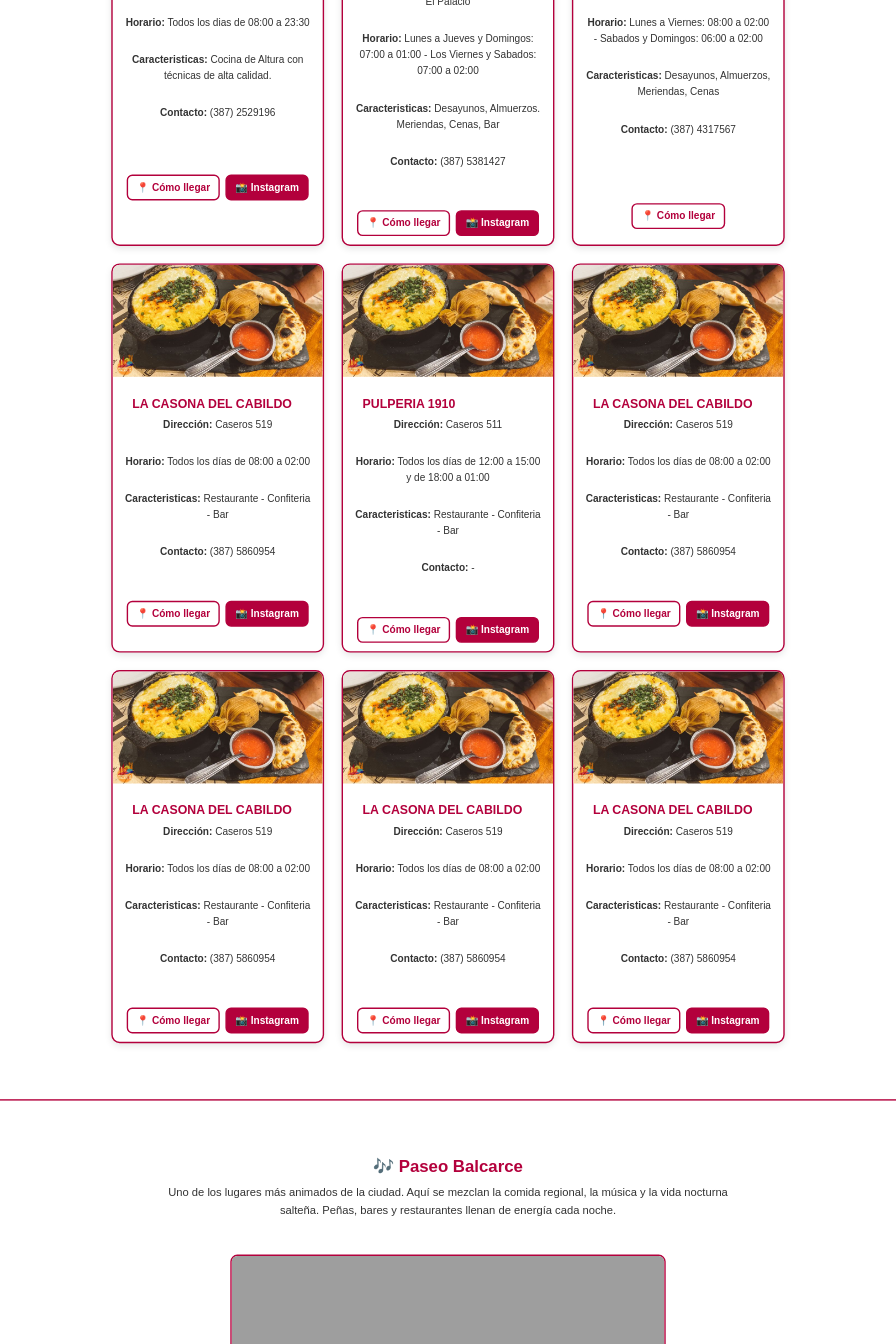
Repository: nahir95/come-en-salta
Page: restaurantes.html
These files come from the project's save history. The page is drawn as it stood at one moment and after the next save; the edit follows.
The browser window is 1280 px wide. The pictures show the part of the page from y = 1385 to 3305 px (the page is 6187 px tall before and 6195 px after), at 70% of full size.
Pictures or frames that could not be fetched are drawn as grey boxes.

Above is the page before, as saved 2025-11-12 02:33:20.

### restaurantes.html
<!doctype html>
<html lang="es">
<head>
  <meta charset="utf-8" />
  <meta name="viewport" content="width=device-width, initial-scale=1" />
  <title>Restaurantes - Comé en Salta</title>
  <link rel="stylesheet" href="style.css">
</head>

<body>
  <header>
    <h1>Comé en Salta</h1>
    <nav>
      <a href="index.html">Inicio</a>
      <a href="restaurantes.html">Restaurantes</a>
      <a href="penas.html">Peñas</a>
      <a href="#contacto">Contacto</a>
    </nav>
  </header>

  <main class="restaurantes">
    <section class="intro">
      <h2>Los mejores lugares para disfrutar en Salta</h2>
      <p>Explorá los sabores salteños en cada rincón de la ciudad. Desde el corazón histórico hasta los paseos más modernos, la gastronomía local te invita a vivir experiencias únicas.</p>
    </section>

    <!-- PLAZA 9 DE JULIO -->
<section id="plaza9" class="zona">
  <h2>🍽️ Plaza 9 de Julio</h2>
  <p>El corazón histórico de Salta ofrece restaurantes con encanto colonial, ideales para disfrutar de la gastronomía local frente a la plaza principal.</p>

  <div class="zona-grid">

    <!-- Restaurante 1 -->
    <article class="card restaurante">
      <img src="imagenes/cafe-catedral.jpeg" alt="El Solar del Convento">
      <div class="card-content">
        <h3>CAFE CATEDRAL</h3>
        <p><strong>Dirección:</strong> Bartolomé Mitre 95</p>
        <p><strong>Horarios:</strong> Lunes a Viernes: 7:00 a 22:00 - Sabado: 7:00 a 14:00</p>
        <p><strong>Caracteristicas:</strong> Desayunos, Almuerzos, Meriendas</p>
        <p><strong>Contacto:</strong> (387) 4317756 - (387) 5323658</p>
        <div class="btns-resto">
          <a href="https://maps.app.goo.gl/VMKrjFsvunXBDcr2A" target="_blank" class="btn">📍 Cómo llegar</a>
          <a href="https://www.instagram.com/cafecatedral_?igsh=MnE1amYwa3dqeDF6" target="_blank" class="btn btn-secundario">📸 Instagram</a>
        </div>
      </div>
    </article>

    <!-- Restaurante 2 -->
    <article class="card restaurante">
      <img src="https://images.unsplash.com/photo-1565299624946-b28f40a0ae38?w=800" alt="Fritito">
      <div class="card-content">
        <h3>FRITITO</h3>
        <p><strong>Dirección:</strong> Bartolome Mitre 85</p>
        <p><strong>Horario:</strong> Todos los días de 10:00 a 23:00</p>
        <p><strong>Caracteristicas:</strong> Comidas Rapidas - Fries & Burger</p>
        <p><strong>Contacto:</strong> (387) 5742741</p> <br> <br>
        <div class="btns-resto">
          <a href="https://maps.app.goo.gl/fA5zTu5r4aBTFWrC6?g_st=aw" target="_blank" class="btn">📍 Cómo llegar</a>
          <a href="https://www.instagram.com/fritito.salta?igsh=MXFieXNvZHdlZHZzZg==" target="_blank" class="btn btn-secundario">📸 Instagram</a>
        </div>
      </div>
    </article>

    <!-- Restaurante 3 -->
     <article class="card restaurante">
      <img src="imagenes/carrusel-1.jpg" alt="El Wey">
      <div class="card-content">
        <h3>EL WEY</h3>
        <p><strong>Dirección:</strong> Bartolome Mitre 81</p>
        <p><strong>Horario:</strong> Todos los días de 12:00 a 16:00 y de 19:00 a 00:00</p>
        <p><strong>Caracteristicas:</strong> Comida Mexicana: Tacos</p>
        <p><strong>Contacto:</strong> (387) 5157868</p> <br>
        <div class="btns-resto">
          <a href="https://maps.app.goo.gl/HWUzTfTShyvQshCx5?g_st=aw" target="_blank" class="btn">📍 Cómo llegar</a>
          <a href="https://www.instagram.com/el_wey_tacos?igsh=Mzk2ZTZzdmM3N3g5" target="_blank" class="btn btn-secundario">📸 Instagram</a>
        </div>
      </div>
     </article>

     <!-- Restaurante 4 -->
      <article class="card restaurante">
        <img src="imagenes/cafe-catedral.jpeg" alt="Yako">
        <div class="card-content">
          <h3>YAKO MAAM</h3>
          <P><strong>Dirección:</strong> Bartolome Mitre 77</P>
          <p><strong>Horario:</strong> Todos los dias de 08:00 a 23:30</p>
          <p><strong>Caracteristicas:</strong> Cocina de Altura con técnicas de alta calidad.</p>
          <p><strong>Contacto:</strong> (387) 2529196</p> <br> <br>
           <div class="btns-resto">
          <a href="https://maps.app.goo.gl/gud9KhsUfRgktwaAA?g_st=aw" target="_blank" class="btn">📍 Cómo llegar</a>
          <a href="https://www.instagram.com/yako.maam?igsh=ZW82NnRrNmltaHpj" target="_blank" class="btn btn-secundario">📸 Instagram</a>
        </div>
        </div>
      </article>

       <!-- Restaurante 5 -->
     <article class="card restaurante">
      <img src="imagenes/carrusel-1.jpg" alt="Tuna Cocina">
      <div class="card-content">
        <h3>TUNA COCINA</h3>
        <p><strong>Dirección:</strong> Bartolome Mitre 37 - Galeria El Palacio</p>
        <p><strong>Horario:</strong> Lunes a Jueves y Domingos: 07:00 a 01:00 - Los Viernes y Sabados: 07:00 a 02:00</p>
        <p><strong>Caracteristicas:</strong> Desayunos, Almuerzos. Meriendas, Cenas, Bar</p>
        <p><strong>Contacto:</strong> (387) 5381427</p> <br>
        <div class="btns-resto">
          <a href="https://maps.app.goo.gl/PCjznmCm7fmgmqhf8?g_st=aw" target="_blank" class="btn">📍 Cómo llegar</a>
          <a href="https://www.instagram.com/tunacocina?igsh=bWRpaGdxN2wyMXRj" target="_blank" class="btn btn-secundario">📸 Instagram</a>
        </div>
      </div>
     </article>

      <!-- Restaurante 6 -->
     <article class="card restaurante">
      <img src="imagenes/carrusel-1.jpg" alt="New Time">
      <div class="card-content">
        <h3>NEW TIME</h3>
        <p><strong>Dirección:</strong> Caseros 602</p>
        <p><strong>Horario:</strong> Lunes a Viernes: 08:00 a 02:00 - Sabados y Domingos: 06:00 a 02:00</p>
        <p><strong>Caracteristicas:</strong> Desayunos, Almuerzos, Meriendas, Cenas</p>
        <p><strong>Contacto:</strong> (387) 4317567</p> <br> <br> <br>
        <div class="btns-resto">
          <a href="https://maps.app.goo.gl/SDz5q4yyxKZGqRi97?g_st=aw" target="_blank" class="btn">📍 Cómo llegar</a>
        </div>
      </div>
     </article>

      <!-- Restaurante 7 -->
     <article class="card restaurante">
      <img src="imagenes/carrusel-1.jpg" alt="La Casona del Cabildo">
      <div class="card-content">
        <h3>LA CASONA DEL CABILDO</h3>
        <p><strong>Dirección:</strong> Caseros 519</p>
        <p><strong>Horario:</strong> Todos los días de 08:00 a 02:00</p>
        <p><strong>Caracteristicas:</strong> Restaurante - Confiteria - Bar</p>
        <p><strong>Contacto:</strong> (387) 5860954</p> <br>
        <div class="btns-resto">
          <a href="https://maps.app.goo.gl/SqyFGXWdCELtACJa8?g_st=aw" target="_blank" class="btn">📍 Cómo llegar</a>
          <a href="https://www.instagram.com/lacasonadelcabildo?igsh=MThnNnZqaWN6cmZneg==" target="_blank" class="btn btn-secundario">📸 Instagram</a>
        </div>
      </div>
     </article>

      <!-- Restaurante 8 -->
     <article class="card restaurante">
      <img src="imagenes/carrusel-1.jpg" alt="Pulperia 1910">
      <div class="card-content">
        <h3>PULPERIA 1910</h3>
        <p><strong>Dirección:</strong> Caseros 511</p>
        <p><strong>Horario:</strong> Todos los días de 12:00 a 15:00 y de 18:00 a 01:00</p>
        <p><strong>Caracteristicas:</strong> Restaurante - Confiteria - Bar</p>
        <p><strong>Contacto:</strong> - </p> <br>
        <div class="btns-resto">
          <a href="https://maps.app.goo.gl/pwbjSTetp75Qohrx8?g_st=aw" target="_blank" class="btn">📍 Cómo llegar</a>
          <a href="https://www.instagram.com/pulperia.1910?igsh=dnhlMGJxeWgxdmh1" target="_blank" class="btn btn-secundario">📸 Instagram</a>
        </div>
      </div>
     </article>

      <!-- Restaurante 9 -->
     <article class="card restaurante">
      <img src="imagenes/carrusel-1.jpg" alt="La Casona del Cabildo">
      <div class="card-content">
        <h3>LA CASONA DEL CABILDO</h3>
        <p><strong>Dirección:</strong> Caseros 519</p>
        <p><strong>Horario:</strong> Todos los días de 08:00 a 02:00</p>
        <p><strong>Caracteristicas:</strong> Restaurante - Confiteria - Bar</p>
        <p><strong>Contacto:</strong> (387) 5860954</p> <br>
        <div class="btns-resto">
          <a href="https://maps.app.goo.gl/SqyFGXWdCELtACJa8?g_st=aw" target="_blank" class="btn">📍 Cómo llegar</a>
          <a href="https://www.instagram.com/lacasonadelcabildo?igsh=MThnNnZqaWN6cmZneg==" target="_blank" class="btn btn-secundario">📸 Instagram</a>
        </div>
      </div>
     </article>

      <!-- Restaurante 10 -->
     <article class="card restaurante">
      <img src="imagenes/carrusel-1.jpg" alt="La Casona del Cabildo">
      <div class="card-content">
        <h3>LA CASONA DEL CABILDO</h3>
        <p><strong>Dirección:</strong> Caseros 519</p>
        <p><strong>Horario:</strong> Todos los días de 08:00 a 02:00</p>
        <p><strong>Caracteristicas:</strong> Restaurante - Confiteria - Bar</p>
        <p><strong>Contacto:</strong> (387) 5860954</p> <br>
        <div class="btns-resto">
          <a href="https://maps.app.goo.gl/SqyFGXWdCELtACJa8?g_st=aw" target="_blank" class="btn">📍 Cómo llegar</a>
          <a href="https://www.instagram.com/lacasonadelcabildo?igsh=MThnNnZqaWN6cmZneg==" target="_blank" class="btn btn-secundario">📸 Instagram</a>
        </div>
      </div>
     </article>

      <!-- Restaurante 11 -->
     <article class="card restaurante">
      <img src="imagenes/carrusel-1.jpg" alt="La Casona del Cabildo">
      <div class="card-content">
        <h3>LA CASONA DEL CABILDO</h3>
        <p><strong>Dirección:</strong> Caseros 519</p>
        <p><strong>Horario:</strong> Todos los días de 08:00 a 02:00</p>
        <p><strong>Caracteristicas:</strong> Restaurante - Confiteria - Bar</p>
        <p><strong>Contacto:</strong> (387) 5860954</p> <br>
        <div class="btns-resto">
          <a href="https://maps.app.goo.gl/SqyFGXWdCELtACJa8?g_st=aw" target="_blank" class="btn">📍 Cómo llegar</a>
          <a href="https://www.instagram.com/lacasonadelcabildo?igsh=MThnNnZqaWN6cmZneg==" target="_blank" class="btn btn-secundario">📸 Instagram</a>
        </div>
      </div>
     </article>

      <!-- Restaurante 12 -->
     <article class="card restaurante">
      <img src="imagenes/carrusel-1.jpg" alt="La Casona del Cabildo">
      <div class="card-content">
        <h3>LA CASONA DEL CABILDO</h3>
        <p><strong>Dirección:</strong> Caseros 519</p>
        <p><strong>Horario:</strong> Todos los días de 08:00 a 02:00</p>
        <p><strong>Caracteristicas:</strong> Restaurante - Confiteria - Bar</p>
        <p><strong>Contacto:</strong> (387) 5860954</p> <br>
        <div class="btns-resto">
          <a href="https://maps.app.goo.gl/SqyFGXWdCELtACJa8?g_st=aw" target="_blank" class="btn">📍 Cómo llegar</a>
          <a href="https://www.instagram.com/lacasonadelcabildo?igsh=MThnNnZqaWN6cmZneg==" target="_blank" class="btn btn-secundario">📸 Instagram</a>
        </div>
      </div>
     </article>




  </div>
</section>


    <!-- PASEO BALCARCE -->
    <section id="balcarce" class="zona">
      <h2>🎶 Paseo Balcarce</h2>
      <p>Uno de los lugares más animados de la ciudad. Aquí se mezclan la comida regional, la música y la vida nocturna salteña. Peñas, bares y restaurantes llenan de energía cada noche.</p>

      <div class="zona-grid">
        <article class="card">
          <img src="https://images.unsplash.com/photo-1528605248644-14dd04022da1?w=800" alt="Paseo Balcarce Salta">
          <h3>La Vieja Estación</h3>
          <p>Tradicional peña y restaurante con show en vivo. Ideal para probar empanadas y locro.</p>
        </article>
        <article class="card">
          <img src="https://images.unsplash.com/photo-1600891964599-f61ba0e24092?w=800" alt="Restaurante moderno en Balcarce">
          <h3>La Monumental</h3>
          <p>Restaurante moderno con opciones gourmet y coctelería de autor.</p>
        </article>
      </div>
    </section>

    <!-- PASEO GÜEMES -->
    <section id="guemes" class="zona">
      <h2>🍷 Paseo Güemes</h2>
      <p>La zona joven y moderna de Salta. Ideal para quienes buscan cocina contemporánea, bares y terrazas con estilo. Un punto de encuentro entre turistas y locales.</p>

      <div class="zona-grid">
        <article class="card">
          <img src="https://images.unsplash.com/photo-1615719413546-198b25453f85?w=800" alt="Paseo Güemes">
          <h3>El Charrúa</h3>
          <p>Especialidad en carnes a la parrilla y vinos de altura. Un clásico salteño imperdible.</p>
        </article>
        <article class="card">
          <img src="https://images.unsplash.com/photo-1551218808-94e220e084d2?w=800" alt="Café moderno">
          <h3>Baco Resto Bar</h3>
          <p>Ambiente moderno y excelente coctelería, ideal para compartir entre amigos.</p>
        </article>
      </div>
    </section>

    <!-- CADENAS DE COMIDAS RÁPIDAS -->
    <section id="rapidas" class="zona">
      <h2>🍔 Cadenas de Comidas Rápidas</h2>
      <p>También hay opciones para quienes buscan algo rápido y conocido. Las principales cadenas se encuentran cerca del centro y los shoppings.</p>

      <ul class="lista-rapidas">
        <li>McDonald’s – Shopping Alto NOA</li>
        <li>Burger King – Caseros 500</li>
        <li>Mostaza – Paseo Güemes</li>
        <li>Subway – Balcarce 50</li>
      </ul>
    </section>

    <!-- EXTRA: RESTAURANTES DESTACADOS -->
    <section id="destacados" class="zona">
      <h2>⭐ Recomendados por los turistas</h2>
      <p>Según visitantes y locales, estos son algunos de los restaurantes imperdibles para vivir la experiencia completa de la gastronomía salteña.</p>
      <div class="zona-grid">
        <article class="card">
          <img src="https://images.unsplash.com/photo-1504674900247-0877df9cc836?w=800" alt="Empanadas salteñas">
          <h3>Doña Salta</h3>
          <p>Empanadas caseras, locro y guisos típicos en un ambiente colonial.</p>
        </article>
        <article class="card">
          <img src="https://images.unsplash.com/photo-1601924582971-c8b28a3a13f1?w=800" alt="Locro salteño">
          <h3>El Patio de la Empanada</h3>
          <p>Conocido por su sabor auténtico y precios populares. Ideal para turistas.</p>
        </article>
      </div>
    </section>
  </main>

  <footer>
    Creado con ❤️ por Comé en Salta · 2025
  </footer>
</body>
</html>

### style.css
/* ==========================
   ESTILOS GENERALES
========================== */
body {
  margin: 0;
  font-family: 'Poppins', sans-serif;
  background-color: #fff;
  color: #000;
}

/* ==========================
   HEADER
========================== */
header {
  display: flex;
  justify-content: space-between;
  align-items: center;
  background-color: #fff;
  padding: 15px 30px;
  border-bottom: 3px solid #b3003c;
}

header h1 {
  color: #b3003c;
  font-size: 1.6rem;
}

nav {
  display: flex;
  gap: 25px;
}

nav a {
  text-decoration: none;
  color: #000;
  font-weight: 600;
  transition: color 0.3s ease;
}

nav a:hover {
  color: #b3003c;
}

/* ==========================
   CARRUSEL (HERO)
========================== */
.hero {
  position: relative;
  width: 100%;
  overflow: hidden;
}

.carousel-container {
  position: relative;
  width: 100%;
  height: 80vh;
}

.carousel {
  display: flex;
  width: 300%;
  transition: transform 0.8s ease-in-out;
}

.carousel img {
  width: 100%;
  height: 80vh;
  object-fit: cover;
  filter: brightness(0.7);
}

/* Botones del carrusel */
.btn-carrusel {
  position: absolute;
  top: 50%;
  transform: translateY(-50%);
  background-color: rgba(179, 0, 60, 0.8);
  color: white;
  border: none;
  font-size: 2rem;
  padding: 10px 15px;
  cursor: pointer;
  border-radius: 50%;
  transition: background 0.3s ease;
}

.btn-carrusel:hover {
  background-color: #b3003c;
}

#prev { left: 20px; }
#next { right: 20px; }

/* Texto sobre el carrusel */
.overlay {
  position: absolute;
  top: 50%;
  left: 50%;
  transform: translate(-50%, -50%);
  color: white;
  text-align: center;
  text-shadow: 0 2px 5px rgba(0,0,0,0.7);
}

.overlay h2 {
  font-size: 2rem;
  color: #fff;
  margin-bottom: 10px;
}

.overlay p {
  font-size: 1.2rem;
}

/* ==========================
   SECCIÓN INICIO
========================== */
.inicio {
  text-align: center;
  padding: 80px 20px;
  background-color: #fff;
}

.inicio h2 {
  color: #b3003c;
  font-size: 2rem;
  margin-bottom: 15px;
}

.inicio p {
  max-width: 800px;
  margin: 0 auto 30px auto;
  color: #333;
  line-height: 1.6;
}

/* BOTONES PRINCIPALES */
.inicio-buttons .btn {
  display: inline-block;
  margin: 10px;
  padding: 12px 24px;
  border: 2px solid #b3003c;
  border-radius: 8px;
  color: #b3003c;
  background: transparent;
  text-decoration: none;
  font-weight: 600;
  transition: all 0.3s ease;
}

.inicio-buttons .btn:hover {
  background: #b3003c;
  color: white;
}
/* ==========================
   SECCIÓN "POR QUÉ COMER EN SALTA"
========================== */
.porque {
  text-align: center;
  padding: 60px 20px;
  background-color: #f7f7f7;
  border-top: 2px solid #b3003c;
  border-bottom: 2px solid #b3003c;
}

.porque h2 {
  color: #b3003c;
  margin-bottom: 15px;
}

.porque p {
  max-width: 800px;
  margin: auto;
  font-size: 1.1rem;
  color: #333;
  line-height: 1.6;
}

/* ==========================
   SABORES
========================== */
.sabores {
  padding: 60px 20px;
  background-color: #fff;
  text-align: center;
}

.sabores h2 {
  color: #b3003c;
  margin-bottom: 25px;
}

.sabores-grid {
  display: grid;
  grid-template-columns: repeat(auto-fit, minmax(220px, 1fr));
  gap: 25px;
}

.plato {
  background: #fff;
  border-radius: 12px;
  border: 2px solid #b3003c;
  overflow: hidden;
  transition: transform 0.3s ease, box-shadow 0.3s ease;
}

.plato:hover {
  transform: scale(1.05);
  box-shadow: 0 4px 12px rgba(0,0,0,0.15);
}

.plato img {
  width: 100%;
  height: 160px;
  object-fit: cover;
}

.plato h3 {
  padding: 12px;
  color: #b3003c;
}

/* ==========================
   FRASE FINAL
========================== */
.frase {
  background: #b3003c;
  color: white;
  text-align: center;
  padding: 40px 10px;
  font-style: italic;
  font-size: 1.2rem;
}

/* ==========================
   FOOTER
========================== */
footer {
  background-color: #fff;
  color: #333;
  text-align: center;
  padding: 20px;
  border-top: 3px solid #b3003c;
  font-weight: 500;
}
.carousel-container {
  position: relative;
  overflow: hidden;
  width: 100%;
  height: 400px;
}

.carousel {
  display: flex;
  transition: transform 1s ease;
  width: 100%;
  height: 100%;
}

.carousel img {
  flex: 0 0 100%;
  width: 100%;
  height: 100%;
  object-fit: cover;
}
/* ==========================
   RESTAURANTES
========================== */
.restaurantes .intro {
  text-align: center;
  padding: 60px 20px;
}

.restaurantes .intro h2 {
  color: #b3003c;
  margin-bottom: 10px;
}

.restaurantes .zona {
  padding: 60px 20px;
  border-top: 2px solid #b3003c;
  background-color: #fff;
}

.restaurantes .zona h2 {
  color: #b3003c;
  margin-bottom: 10px;
  text-align: center;
}

.restaurantes .zona p {
  text-align: center;
  max-width: 800px;
  margin: 0 auto 30px auto;
  line-height: 1.6;
  color: #333;
}

.zona-grid {
  display: grid;
  grid-template-columns: repeat(auto-fit, minmax(250px, 1fr));
  gap: 25px;
}

.card {
  background: #fff;
  border: 2px solid #b3003c;
  border-radius: 10px;
  overflow: hidden;
  transition: transform 0.3s ease, box-shadow 0.3s ease;
}

.card:hover {
  transform: scale(1.05);
  box-shadow: 0 4px 12px rgba(0,0,0,0.15);
}

.card img {
  width: 100%;
  height: 180px;
  object-fit: cover;
}

.card h3 {
  margin: 12px;
  color: #b3003c;
}

.card p {
  margin: 0 12px 15px 12px;
  color: #333;
}

.lista-rapidas {
  max-width: 600px;
  margin: 0 auto;
  list-style: none;
  padding: 0;
  text-align: center;
}

.lista-rapidas li {
  background: #f8f8f8;
  border: 1px solid #b3003c;
  padding: 10px;
  border-radius: 6px;
  margin-bottom: 8px;
  color: #333;
  transition: background 0.3s;
}

.lista-rapidas li:hover {
  background: #b3003c;
  color: white;
}
/* === Contenedor general de las tarjetas === */
.zona-grid {
  display: flex;
  flex-wrap: wrap;
  justify-content: center; /* 🔹 centra todas las tarjetas */
  gap: 25px; /* espacio entre tarjetas */
  max-width: 1000px; /* 🔹 limita el ancho total del grid */
  margin: 0 auto; /* centra el bloque en la página */
  padding: 20px;
}

/* === Tarjetas de restaurantes === */
.restaurante {
  background: #fff;
  border: 2px solid #b3003c;
  border-radius: 12px;
  overflow: hidden;
  flex: 1 1 calc(33.333% - 40px); /* 🔹 3 por fila con espacio */
  max-width: 300px; /* evita que crezcan demasiado */
  box-shadow: 0 4px 10px rgba(0,0,0,0.1);
  transition: transform 0.3s ease, box-shadow 0.3s ease;
}

.restaurante:hover {
  transform: translateY(-5px);
  box-shadow: 0 6px 16px rgba(0,0,0,0.15);
}

.restaurante img {
  width: 100%;
  height: 160px;
  object-fit: cover;
}

.restaurante .card-content {
  padding: 12px 16px;
}

.restaurante h3 {
  color: #b3003c;
  font-size: 1.1rem;
  margin-bottom: 8px;
}

.restaurante p {
  color: #333;
  margin: 4px 0;
  font-size: 0.9rem;
}

/* === Botones === */
.btns-resto {
  display: flex;
  justify-content: center;
  gap: 8px;
  margin-top: 10px;
  flex-wrap: wrap;
}

.btns-resto .btn {
  display: inline-block;
  text-align: center;
  padding: 8px 12px;
  border: 2px solid #b3003c;
  border-radius: 8px;
  text-decoration: none;
  color: #b3003c;
  font-weight: 600;
  transition: all 0.3s ease;
  font-size: 0.9rem;
}

.btns-resto .btn:hover {
  background: #b3003c;
  color: #fff;
}

.btns-resto .btn-secundario {
  background: #b3003c;
  color: #fff;
}

.btns-resto .btn-secundario:hover {
  background: transparent;
  color: #b3003c;
}

After the next save:
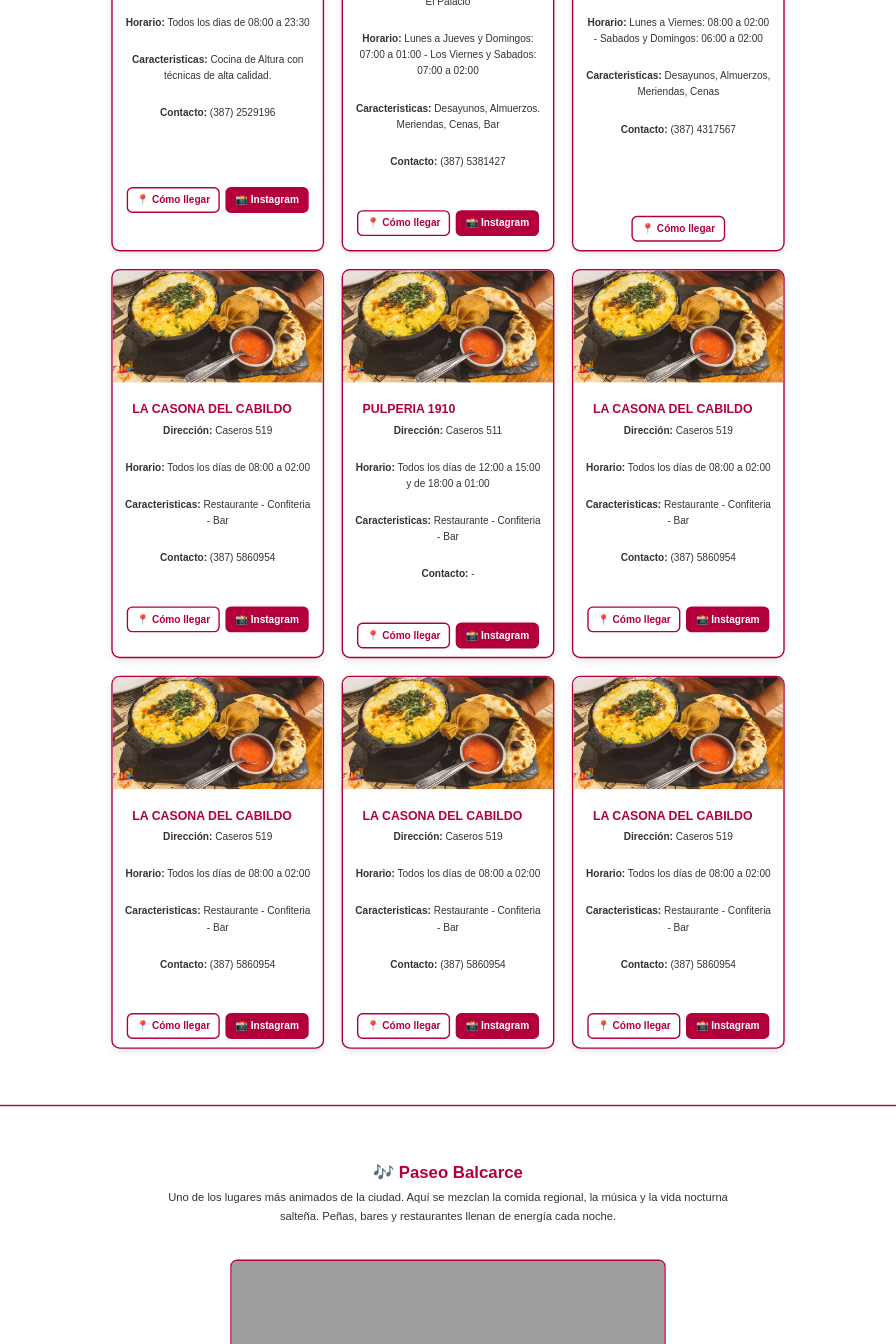
Saved 25 s later.
--- a/restaurantes.html
+++ b/restaurantes.html
@@ -87,7 +87,7 @@
           <P><strong>Dirección:</strong> Bartolome Mitre 77</P>
           <p><strong>Horario:</strong> Todos los dias de 08:00 a 23:30</p>
           <p><strong>Caracteristicas:</strong> Cocina de Altura con técnicas de alta calidad.</p>
-          <p><strong>Contacto:</strong> (387) 2529196</p> <br> <br>
+          <p><strong>Contacto:</strong> (387) 2529196</p> <br> <br> <br>
            <div class="btns-resto">
           <a href="https://maps.app.goo.gl/gud9KhsUfRgktwaAA?g_st=aw" target="_blank" class="btn">📍 Cómo llegar</a>
           <a href="https://www.instagram.com/yako.maam?igsh=ZW82NnRrNmltaHpj" target="_blank" class="btn btn-secundario">📸 Instagram</a>
@@ -119,7 +119,7 @@
         <p><strong>Dirección:</strong> Caseros 602</p>
         <p><strong>Horario:</strong> Lunes a Viernes: 08:00 a 02:00 - Sabados y Domingos: 06:00 a 02:00</p>
         <p><strong>Caracteristicas:</strong> Desayunos, Almuerzos, Meriendas, Cenas</p>
-        <p><strong>Contacto:</strong> (387) 4317567</p> <br> <br> <br>
+        <p><strong>Contacto:</strong> (387) 4317567</p> <br> <br> <br> <br>
         <div class="btns-resto">
           <a href="https://maps.app.goo.gl/SDz5q4yyxKZGqRi97?g_st=aw" target="_blank" class="btn">📍 Cómo llegar</a>
         </div>
